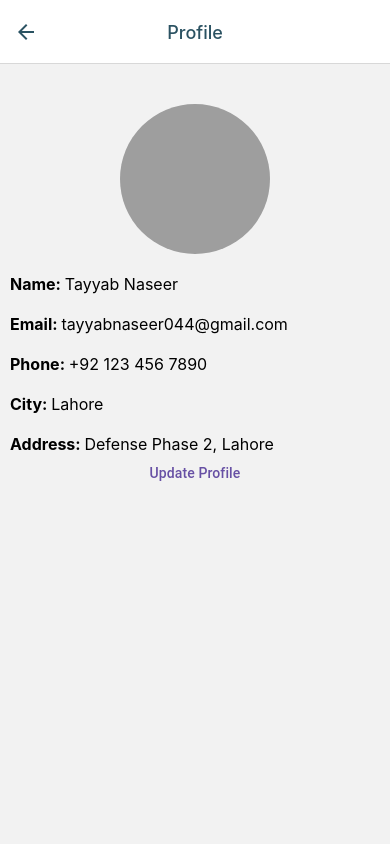
Repository: SaudCh/Expo-Pethub
Screen: /Profile
The author's editor kept a copy of each file at every save. The screen is drawn from the files as they stood at one save, then again after the next save.
Pictures or frames that could not be fetched are drawn as grey boxes. The app was drawn by React Native's web renderer in a window 390 px wide. The project was rebuilt for these pictures with package versions that can differ from the ones it lists, and the page was loaded fresh each time. Also part of the build but not shown: Screens/Signup.js, Screens/Home.js, Screens/UpdateProfile.js, Components/Avatar.js.

Above is the screen before, as saved 2022-11-15 00:23:03.

### App.js
import { StatusBar } from 'expo-status-bar';
import 'react-native-gesture-handler';
import { StyleSheet, Text, View } from 'react-native';
import { Provider as PaperProvider } from 'react-native-paper';
import AppNavigator from './Components/Navigator';

export default function App() {
  return (
    <PaperProvider>
      <AppNavigator />
    </PaperProvider>
  );
}

const styles = StyleSheet.create({
  container: {
    flex: 1,
    backgroundColor: '#fff',
    alignItems: 'center',
    justifyContent: 'center',
  },
});

### Components/Navigator.js
// In App.js in a new project

import * as React from 'react';
import { View, Text } from 'react-native';
import { NavigationContainer } from '@react-navigation/native';
import { createNativeStackNavigator } from '@react-navigation/native-stack';
import Login from '../Screens/Login';
import Signup from '../Screens/Signup';
import Home from '../Screens/Home';
import Profile from '../Screens/Profile';
import UpdateProfile from '../Screens/UpdateProfile';
import Avatar from './Avatar';

function HomeScreen() {
    return (
        <View style={{ flex: 1, alignItems: 'center', justifyContent: 'center' }}>
            <Text>Home Screen</Text>
        </View>
    );
}

const Stack = createNativeStackNavigator();

function AppNavigator() {
    return (
        <NavigationContainer>
            <Stack.Navigator>
                <Stack.Screen name="Login" component={Login} options={{
                    title: 'Login',
                    headerTintColor: "#2B5262",
                    headerTitleAlign: 'center'
                }} />

                <Stack.Screen name="Signup" component={Signup} options={{
                    title: 'Signup',
                    headerTintColor: "#2B5262",
                    headerTitleAlign: 'center'
                }} />

                <Stack.Screen name="Home" component={Home}
                    options={{
                        title: 'Home',
                        headerTintColor: "#2B5262",
                        headerTitleAlign: 'center',
                        headerRight: () => (
                            <Avatar />
                        )
                    }}
                />

                <Stack.Screen name="Profile" component={Profile} options={{
                    title: 'Profile',
                    headerTintColor: "#2B5262",
                    headerTitleAlign: 'center'
                }} />
                <Stack.Screen name="UpdateProfile" component={UpdateProfile} options={{
                    title: 'Update',
                    headerTintColor: "#2B5262",
                    headerTitleAlign: 'center',
                }} />

            </Stack.Navigator>
        </NavigationContainer>
    );
}

export default AppNavigator;

### Screens/Login.js
import { useNavigation } from "@react-navigation/native";
import React, { useState, useEffect } from "react";
import { View, Text, StyleSheet, ActivityIndicator, Alert } from 'react-native'
import { TextInput, Button } from "react-native-paper"

export default function Login() {

    const navigation = useNavigation()

    const [data, setData] = useState({
        email: '',
        password: ''
    })

    return (
        <View style={{ ...styles.body }}>
            <View style={{ ...styles.box }}>
                <View>
                    <TextInput
                        mode="outlined"
                        placeholder="Email"
                        style={{ marginBottom: 10 }}
                        value={data.email}
                        onChangeText={text => setData({ ...data, email: text })}
                    />
                </View>
                <View>
                    <TextInput
                        mode="outlined"
                        placeholder="Password"
                        value={data.password}
                        style={{ marginBottom: 10 }}
                        onChangeText={text => setData({ ...data, password: text })}
                        secureTextEntry
                    />
                </View>
                <View>
                    <Button mode="contained" onPress={() => navigation.replace('Home')} style={{ marginTop: 10 }} >
                        Login
                    </Button>

                    <Button onPress={() => navigation.navigate("Signup")} style={{ backgroundColor: 'transparent' }}>
                        <Text style={{ ...styles.bottomText }}>Switch to Signup</Text>
                    </Button>
                </View>
            </View>
        </View >
    );
}
const styles = StyleSheet.create({
    body: {
        flex: 1,
        alignItems: "center",
        justifyContent: 'center',
        backgroundColor: '#A9CCCF'
    },
    box: {
        shadowColor: "#000",
        shadowOffset: {
            width: 0,
            height: 3,
        },
        shadowOpacity: 0.27,
        shadowRadius: 4.65,
        elevation: 6,
        borderRadius: 10,

        backgroundColor: "#fff",
        padding: 20,
        width: 350
    },
    inputText: {
        fontWeight: 'bold'
    },
    bottomText: {
        fontSize: 16
    }
});

### Screens/Profile.js
import { Image, StyleSheet, Text, View } from 'react-native'
import React from 'react'
import { Button } from 'react-native-paper'

export default function Profile() {
    return (
        <View style={{ flex: 1, margin: 10 }}>
            <View style={{ alignSelf: 'center', marginTop: 30, width: 150, height: 150, borderRadius: 75, overflow: "hidden" }}>
                <Image
                    style={styles.image}
                    source={{
                        uri: 'https://www.pngarts.com/files/6/User-Avatar-in-Suit-PNG.png',
                    }}
                />
            </View>
            <View style={{ marginTop: 20 }}>
                <Text style={{ fontSize: 16 }}>
                    <Text style={{ fontSize: 16, fontWeight: 'bold' }}>Name: </Text>
                    Tayyab Naseer
                </Text>
            </View>

            <View style={{ marginTop: 20 }}>
                <Text style={{ fontSize: 16 }}>
                    <Text style={{ fontSize: 16, fontWeight: 'bold' }}>Email: </Text>
                    tayyabnaseer044@gmail.com
                </Text>
            </View>

            <View style={{ marginTop: 20 }}>
                <Text style={{ fontSize: 16 }}>
                    <Text style={{ fontSize: 16, fontWeight: 'bold' }}>Phone: </Text>
                    +92 123 456 7890
                </Text>
            </View>

            <View style={{ marginTop: 20 }}>
                <Text style={{ fontSize: 16 }}>
                    <Text style={{ fontSize: 16, fontWeight: 'bold' }}>City: </Text>
                    Lahore
                </Text>
            </View>

            <View style={{ marginTop: 20 }}>
                <Text style={{ fontSize: 16 }}>
                    <Text style={{ fontSize: 16, fontWeight: 'bold' }}>Address: </Text>
                    Defense Phase 2, Lahore
                </Text>
            </View>

            <Button>
                Update Profile
            </Button>
        </View>
    )
}

const styles = StyleSheet.create({
    image: {
        width: 150,
        height: 150,
        alignSelf: 'center',
        marginBottom: 20,
        resizeMode: "cover"
    }

})

After the next save:
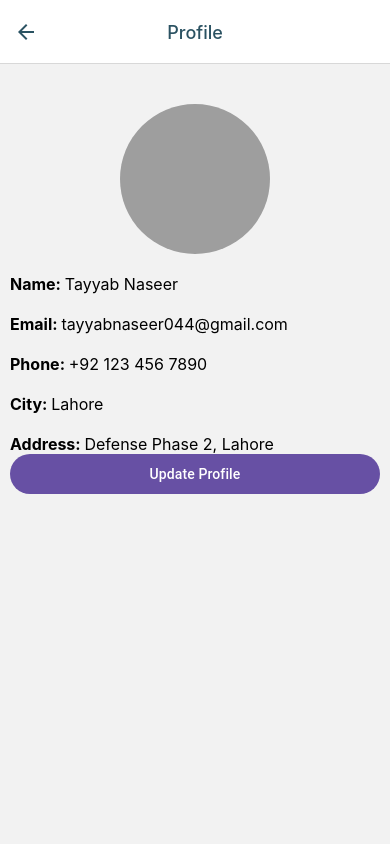
Saved 12 s later.
--- a/Screens/Profile.js
+++ b/Screens/Profile.js
@@ -48,7 +48,7 @@ export default function Profile() {
                 </Text>
             </View>
 
-            <Button>
+            <Button mode='contained'>
                 Update Profile
             </Button>
         </View>
